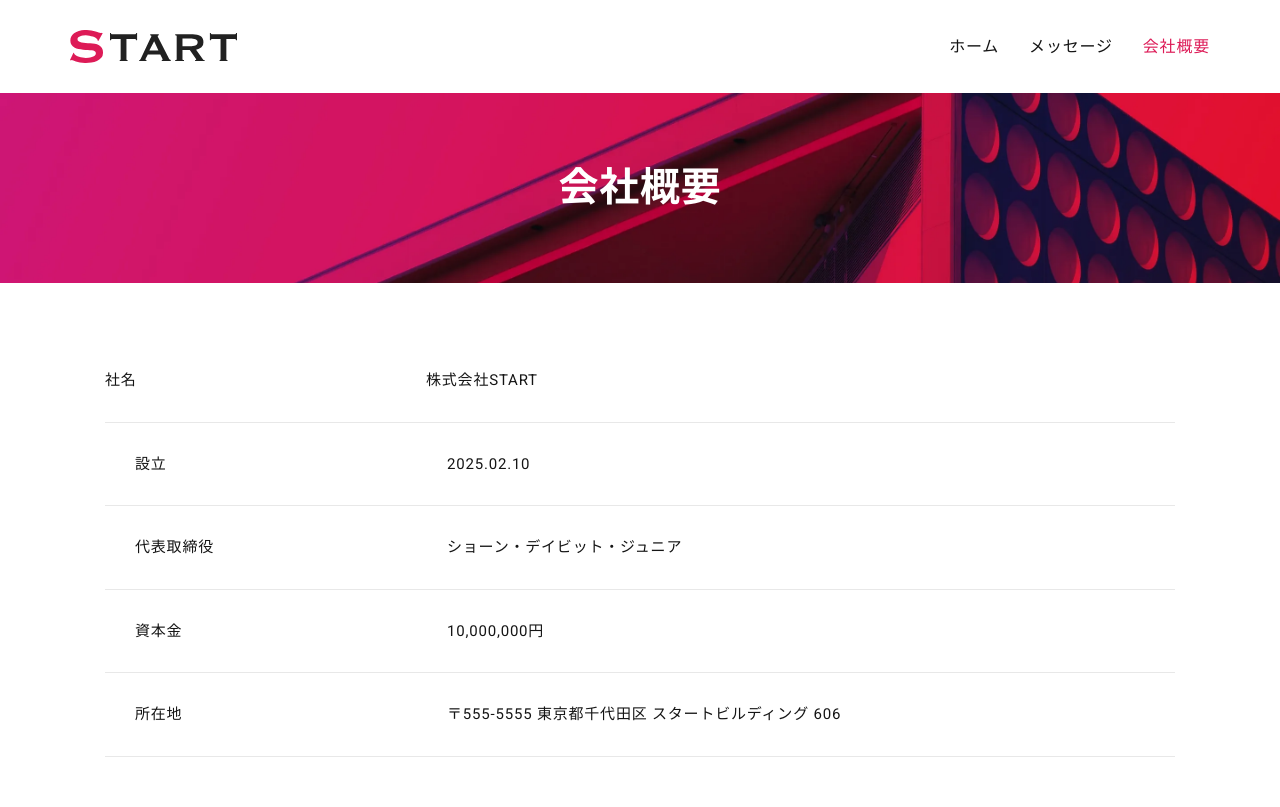
Repository: tetishi/tetishi.github.io
Page: company.html
These files come from the project's save history. The page is drawn as it stood at one moment and after a run of saves; the edit follows.
The browser window is 1280 px wide. The pictures show the part of the page from y = 0 to 807 px (the page is 1787 px tall).
Pictures or frames that could not be fetched are drawn as grey boxes.

Above is the page before, as saved 2023-07-16 22:30:50.

After the next 2 saves:
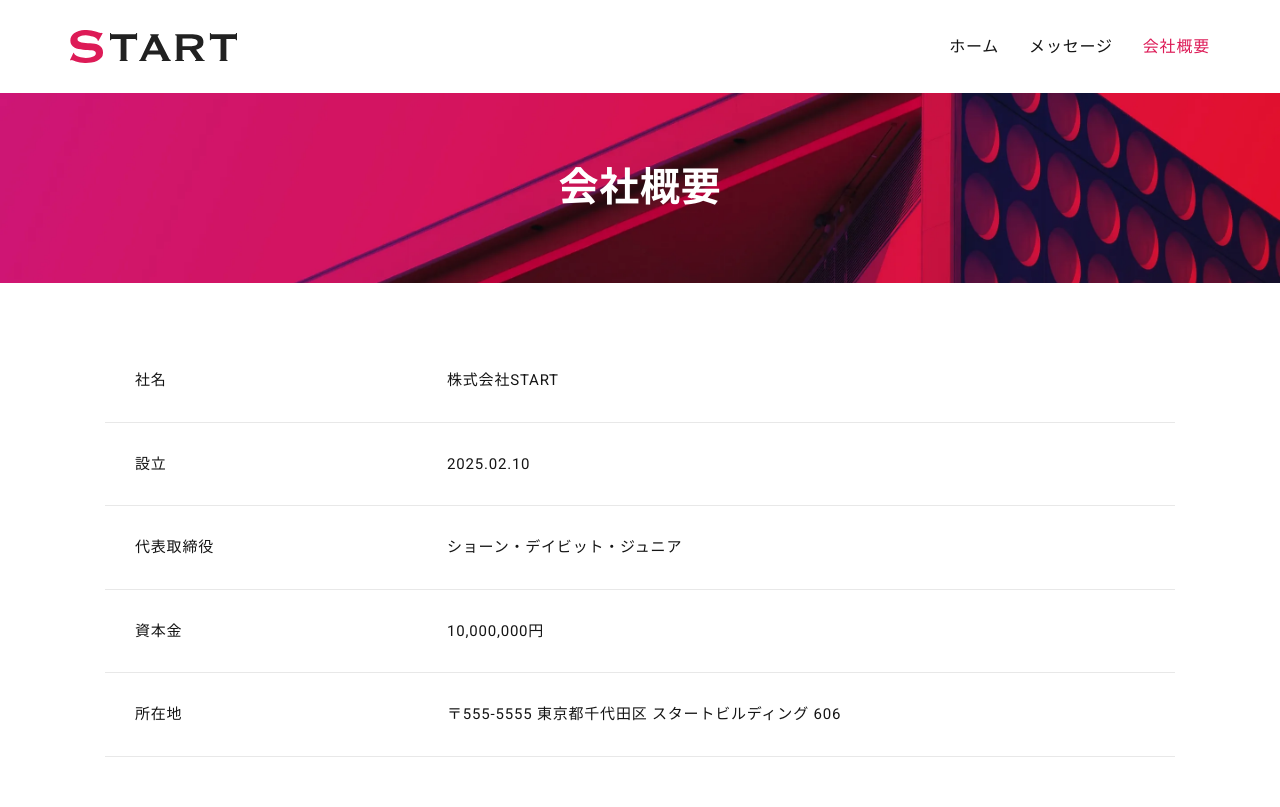
The 2 saves are shown as one change because they came seconds apart.
The last was saved 78 s later.
--- a/css/company.css
+++ b/css/company.css
@@ -95,7 +95,7 @@ address {
     padding-left: 30px;
 }
 .company-item:first-of-type {
-    padding: 0 0 30px;
+    padding: 0 0 30px 30px;
 }
 .company-item-title {
     width: 30%;
